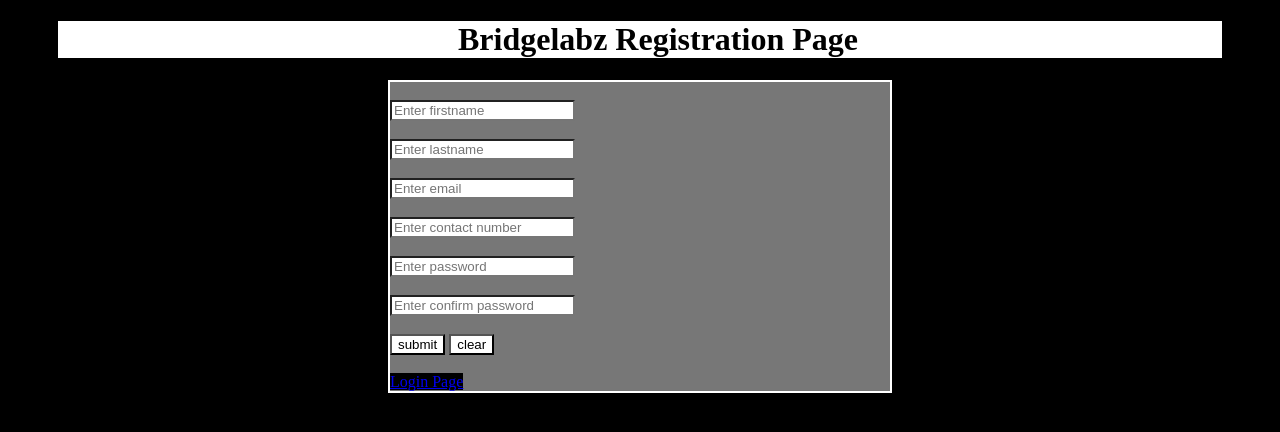
Repository: MarkFernandes11/Advanced-Java
Page: http://localhost/Login/register.jsp
The author's editor kept a copy of each file at every save. The page is drawn from the files as they stood at one save, then again after the next save.
The browser window is 1280 px wide. The pictures show the whole page.
The page is served by Tomcat 9. Other server files are loaded and not shown.

Above is the page before, as saved 2019-09-26 05:33:01.

### Login/WebContent/register.jsp
<%@ page language="java" contentType="text/html; charset=UTF-8"
    pageEncoding="UTF-8"%>
<!DOCTYPE html>
<html>
<head>
<meta charset="UTF-8">
<title>Registration Page</title>
<link rel="stylesheet" type="text/css" href="stylesheet.css">
</head>
<body>

	<header>
			<h1>Bridgelabz Registration Page</h1>
	</header>
	<form action="RegistrationServlet" method = "post">
		<br>
		<input type="text" placeholder="Enter firstname" name="firstname" required>
		<!--pattern="^A-Za-z$"-->
		<br><br>
		<input type="text" placeholder="Enter lastname" name="lastname">
		<br><br>
		<input type="email" placeholder="Enter email" name="email" required>
		<br><br>
		<input type="number" placeholder="Enter contact number" name="contactNumber" required>
		<br><br>
		<input type="password" placeholder="Enter password" name="password" required>
		<br><br>
		<input type="password" placeholder="Enter confirm password" name="confirmPassword" required>
		<br><br>
		<input type="submit" value = "submit"> <input type="reset" value = "clear">
		<br><br>
		<a href="login.jsp">Login Page</a>
	</form>

</body>
</html>

### Login/WebContent/stylesheet.css
@charset "UTF-8";

*{
	background-color: #000;
}

body{

}

form{
	border: 2px solid #fff;
	background-color: #777;
	width: 500px;
	margin-left: auto;
	margin-right: auto;
}

header{
	margin-left: auto;
	margin-right: auto;
}

h1{

	background-color: #fff;
	padding-left: 400px;
	padding-right: auto;
	margin-left: 50px;
	margin-right: 50px;
}

input {
	background-color: #fff;
	margin-left: auto;
	margin-right: auto;
}

After the next save:
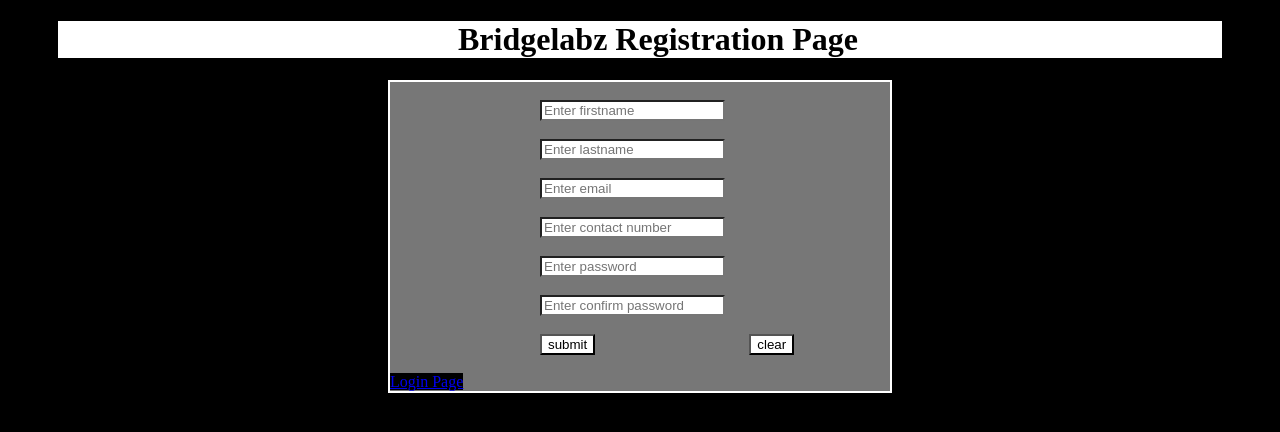
Saved 14 s later.
--- a/Login/WebContent/stylesheet.css
+++ b/Login/WebContent/stylesheet.css
@@ -32,6 +32,5 @@
 
 input {
 	background-color: #fff;
-	margin-left: auto;
-	margin-right: auto;
+	margin-left: 150px;
 }
